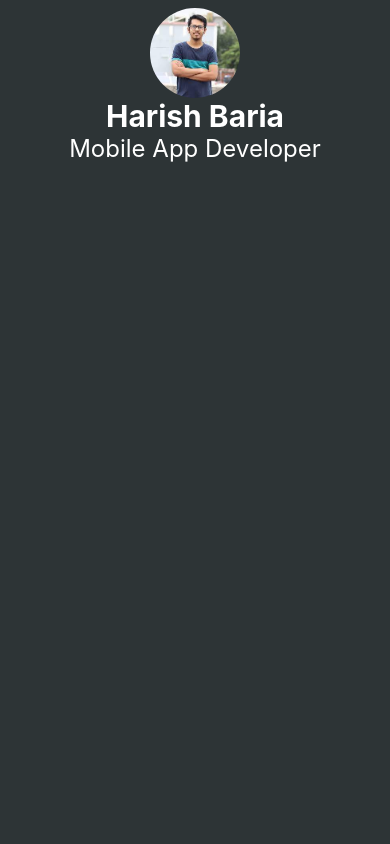
Repository: harishbariya/React-Native-ui-desiign
Screen: /
These files come from the project's save history. The screen is drawn as it stood at one moment and after the next save; the edit follows.
The app was drawn by React Native's web renderer in a window 390 px wide. The project was rebuilt for these pictures with package versions that can differ from the ones it lists, and the page was loaded fresh each time.

Above is the screen before, as saved 2021-11-17 13:57:52.

After the next save:
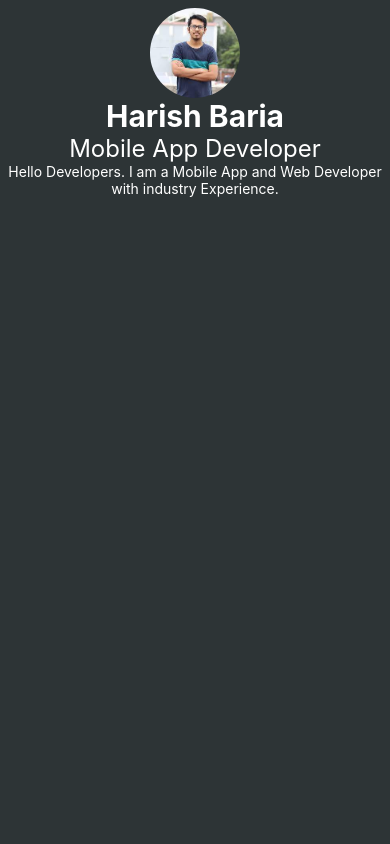
Saved 20 min 59 s later.
--- a/App.js
+++ b/App.js
@@ -12,6 +12,8 @@ class App extends Component
       ,width:90,height:90}}/>
         <Text style={[styles.textstyles,{color:"#fff",fontSize:30,fontWeight:"bold"}]}>Harish Baria</Text>
         <Text style={[styles.textstyles,{fontSize:24}]}>Mobile App Developer</Text>
+      <Text style={styles.textstyles}>Hello Developers.
+I am a Mobile App and Web Developer with industry Experience.</Text>
       </View>
     );
   }
